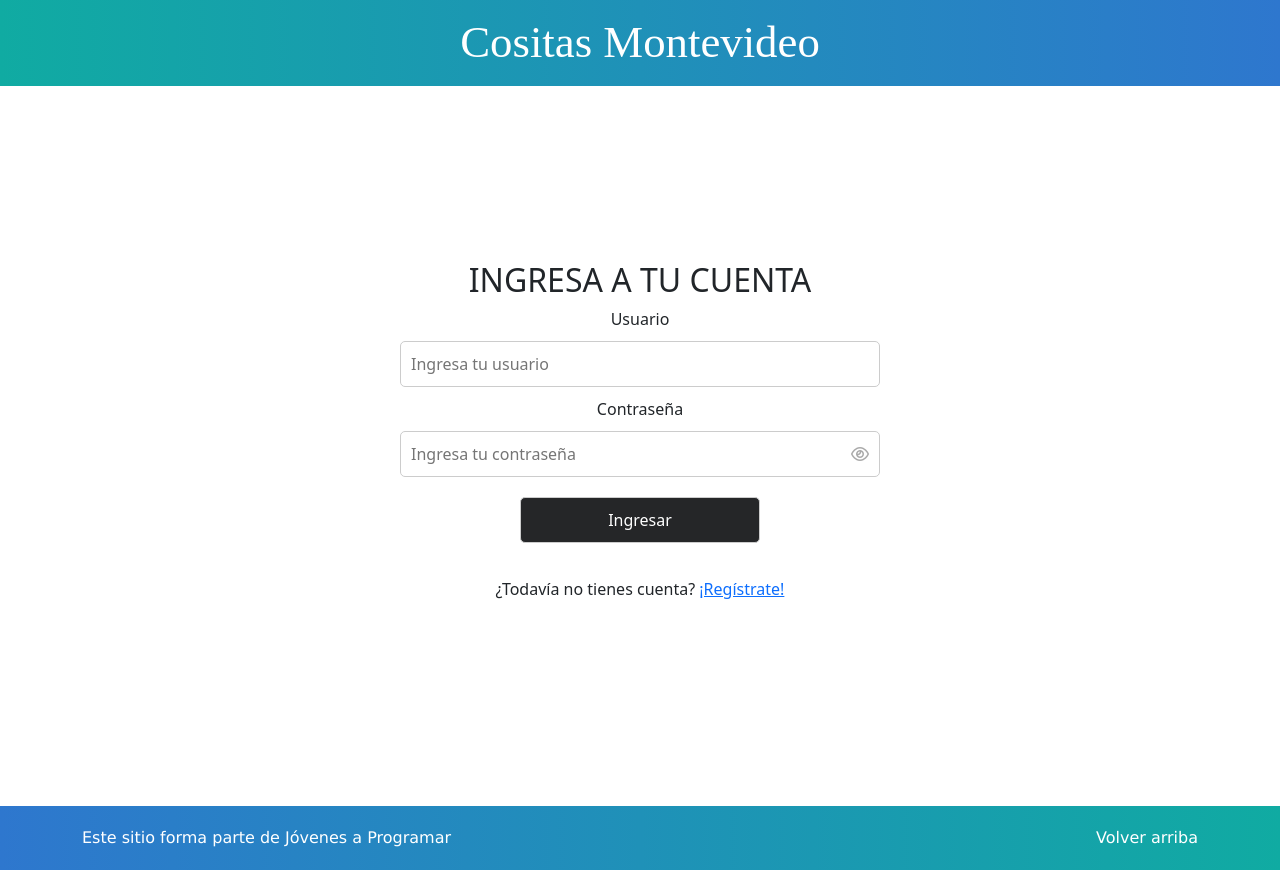
Repository: naticab/proyecto-dw
Page: login.html
These files come from the project's save history. The page is drawn as it stood at one moment and after the next save; the edit follows.
The browser window is 1280 px wide. The pictures show the whole page.
Some web fonts or font styles are not loaded; a fallback is used.

Above is the page before, as saved 2024-10-23 15:30:29.

After the next save:
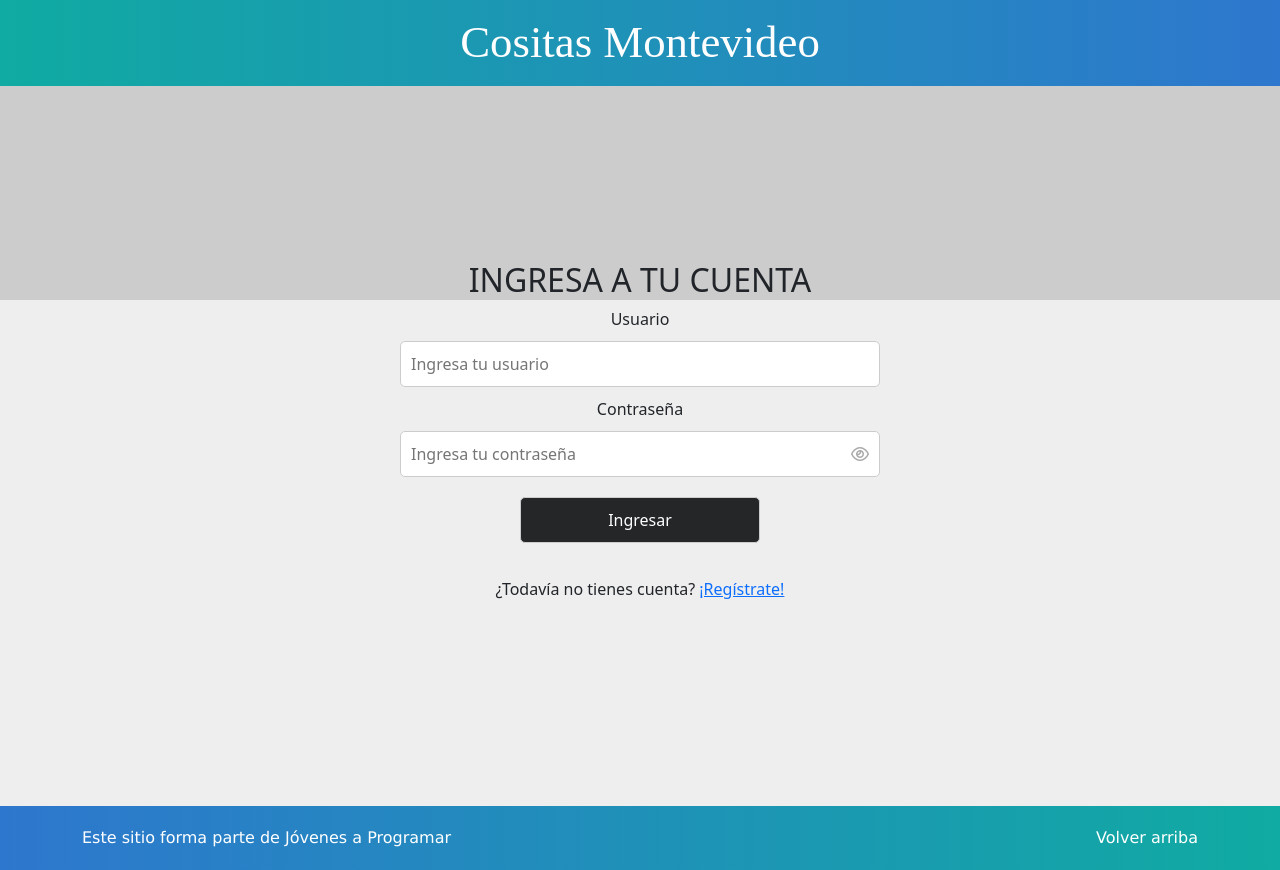
Saved 116 s later.
--- a/css/login.css
+++ b/css/login.css
@@ -1,9 +1,7 @@
-/* body {
-    display: flex;
-    flex-direction: column;
-    margin: 0;
-    padding: 0;
-} */
+body {
+    background: linear-gradient(to bottom, #cccccc 300px, #eeeeee 300px);
+
+}
 
 main {
     display: flex;

After the 2 saves that followed:
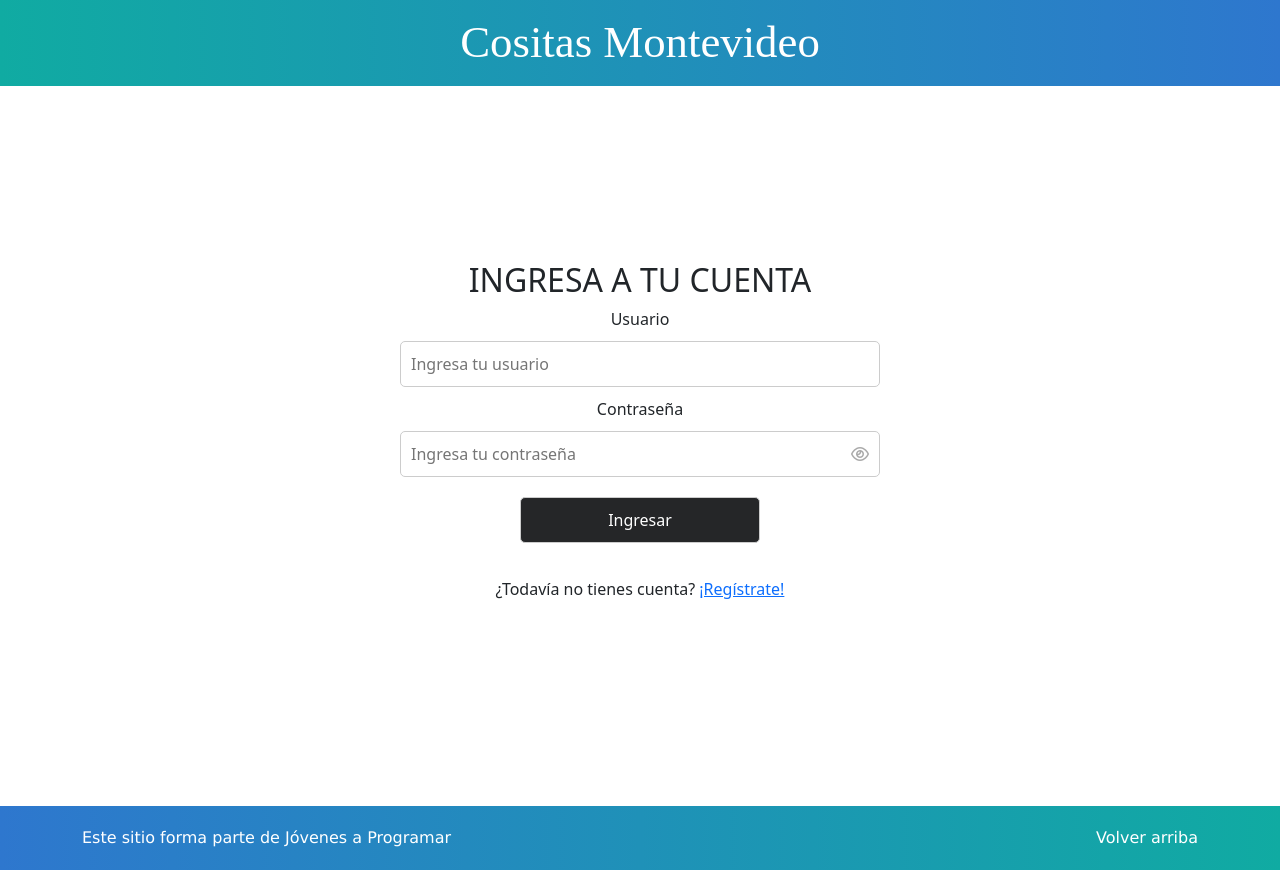
The 2 saves are shown as one change because 1 left the picture as it was.
The last was saved 27 s later.
--- a/css/login.css
+++ b/css/login.css
@@ -1,7 +1,9 @@
-body {
-    background: linear-gradient(to bottom, #cccccc 300px, #eeeeee 300px);
-
-}
+/* body {
+    display: flex;
+    flex-direction: column;
+    margin: 0;
+    padding: 0;
+} */
 
 main {
     display: flex;
